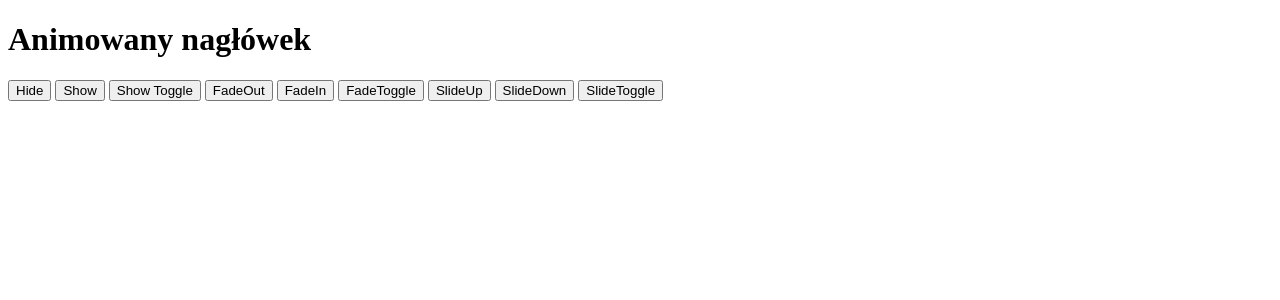
Repository: magdaf41/jQuery
Page: zadanie 3/index.html
These files come from the project's save history. The page is drawn as it stood at one moment and after the next save; the edit follows.
The browser window is 1280 px wide. The pictures show the whole page.

Above is the page before, as saved 2020-09-09 20:48:41.

### zadanie 3/index.html
<!DOCTYPE html>
<html>

<head>
    <meta charset=utf-8 />
    <title>Return first and last name from a form - w3resource</title>
</head>

<body>
    <h1>Animowany nagłówek</h1>

    <button id="hide">Hide</button>
    <button id="show">Show</button>
    <button id="show-toggle">Show Toggle</button>
    <button id="fade-out">FadeOut</button>
    <button id="fade-in">FadeIn</button>
    <button id="fade-toggle">FadeToggle</button>
    <button id="slide-up">SlideUp</button>
    <button id="slide-down">SlideDown</button>
    <button id="slide-toggle">SlideToggle</button>

    <script src="js/jquery-3.5.1.min.js"></script>
    <script src="js/main.js"></script>

</body>

</html>

### zadanie 3/js/main.js
$(document).ready(function () {
    const heading = $('h1');

    $('#hide').click(function() {
        heading.hide(2000, function(){
            alert('Element ukryty')
        });
    });

    $('#show').click(function() {
        heading.show(1000);
    });

    $('#show-toggle').click(function() {
        heading.toggle(2000);
    });

    $('#fade-out').click(function() {
        heading.fadeOut(2000);
    });

    $('#fade-in').click(function() {
        heading.fadeIn(2000);
    });

    $('#slide-up').click(function() {
        heading.slideUp(2000);
    });

    $('#slide-down').click(function() {
        heading.slideDown(2000);
    });

    $('#slide-toggle').click(function() {
        heading.slideToggle(2000);
    });


});

Loaded but not shown: zadanie 3/js/jquery-3.5.1.min.js (library)

After the next save:
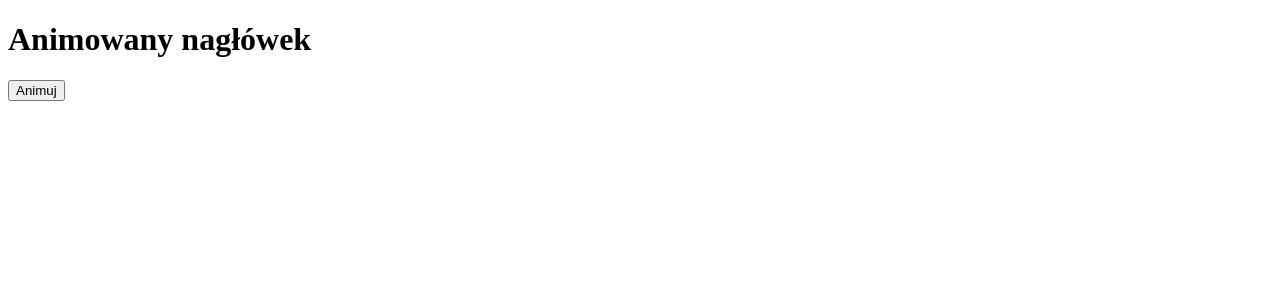
Saved 90 s later.
--- a/zadanie 3/index.html
+++ b/zadanie 3/index.html
@@ -9,15 +9,7 @@
 <body>
     <h1>Animowany nagłówek</h1>
 
-    <button id="hide">Hide</button>
-    <button id="show">Show</button>
-    <button id="show-toggle">Show Toggle</button>
-    <button id="fade-out">FadeOut</button>
-    <button id="fade-in">FadeIn</button>
-    <button id="fade-toggle">FadeToggle</button>
-    <button id="slide-up">SlideUp</button>
-    <button id="slide-down">SlideDown</button>
-    <button id="slide-toggle">SlideToggle</button>
+    <button id="animate">Animuj</button>
 
     <script src="js/jquery-3.5.1.min.js"></script>
     <script src="js/main.js"></script>
